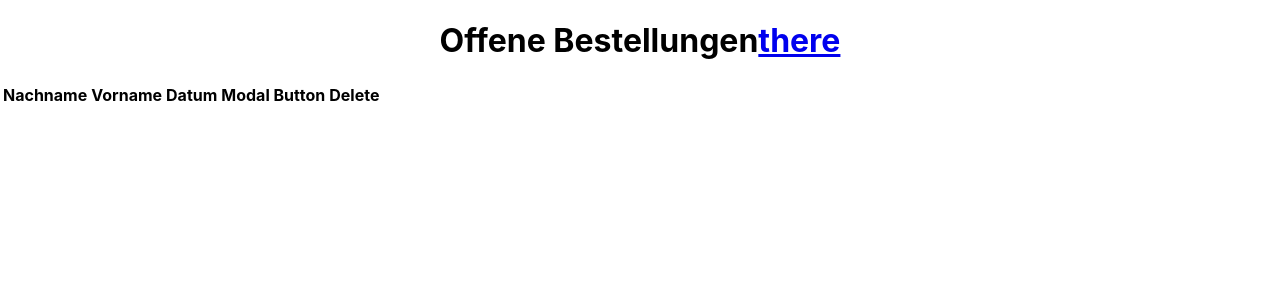
Repository: Esatollah/MedDemo
Page: /bestellungen (app in client/)
The author's editor kept a copy of each file at every save. The page is drawn from the files as they stood at one save, then again after the next save.
The browser window is 1280 px wide. The pictures show the whole page.
The page's requests for data from a server got no answer. The project was rebuilt for these pictures with package versions that can differ from the ones it lists, and the page was loaded fresh each time. No one was signed in, and anything a server would have sent is missing. Also part of the build but not shown: client/src/App.css, client/src/components/Form.jsx, client/src/Routes/Search.jsx.

Above is the page before, as saved 2022-06-07 15:43:25.

### client/src/App.js
import './App.css';
import SearchBar from './Routes/Search';
import {BrowserRouter, Routes, Route} from 'react-router-dom'
import Bestellungen from './Routes/Bestellungen';


function App() {
  return (
    <BrowserRouter>
    <Routes>
      <Route path='/' element={<div><SearchBar/></div>}/>
      <Route path='/bestellungen' element={<div><Bestellungen/></div>}/>
    </Routes>
    </BrowserRouter>
  );
}

export default App;

### client/src/Routes/Bestellungen.jsx
import React, { useState, useEffect } from 'react'
import DrugAPI from '../api/DrugAPI';
import Modal from 'react-modal';

const Bestellungen = () => {

  const [orders, setOrders] = useState([]);
  const [modalid, setModalid] = useState(0);
  const [modalbool, setModalbool] = useState(false);
  const [orderlist, setOrderlist] = useState([]);

  const getOrders = async () => {
    try {
      const result = await DrugAPI.get("/orders/");
      setOrders(result.data.orders);
      const arrayUniqueByKey = [...new Map(result.data.orders.map(item =>
        [item["oid"], item])).values()];
      setOrderlist(arrayUniqueByKey);
    } catch (error) {
      console.error(error)
    }
  }


  const handleDelete = async (oid) => {
    try {
      console.log(orderlist)
      console.log(oid)
      setOrderlist(orderlist.filter(order => order.oid !== oid));
      await DrugAPI.delete(`/orders/${oid}`);
    } catch (error) {
      console.error(error)
    }
  }
  useEffect(() => {
    getOrders()
  }, [])

  return (
    <div>
      <h1>Offene Bestellungen <a href='/'>there</a></h1>
      <table>
        <thead>
          <tr>
            <th scope='col'>Nachname</th>
            <th scope='col'>Vorname</th>
            <th scope='col'>Datum</th>
            <th scope='col'>Modal Button</th>
            <th scope='col'>Delete</th>

          </tr>
        </thead>
        <tbody>
          {orderlist.map((x) => {
            return (
              <tr key={x.oid} className="drug-row" >
                <td className={x.name}>{x.nachname}</td>
                <td>{x.vorname}</td>
                <td>{x.odate.slice(0, 10)}</td>
                <td>{x.oid}</td>
                <td>{x.oid}</td>
                <td><button onClick={() => handleDelete(x.oid)}>Done</button></td>
              </tr>
            )
          })}
        </tbody>

      </table>
    </div>
  )
}

export default Bestellungen

### client/src/api/DrugAPI.js
import axios from 'axios'

export default axios.create({
    baseURL: "http://localhost:5000/api"
})

### client/src/Routes/Search.css
#okhre {
    width:80%;
    height: 2rem;
    outline:none;
    border-top: hidden;
    border-right: hidden;
    border-left: hidden;
    font-size: 2rem;
}

.table-box {
    max-height: 200px;
    max-width: 80%;
    min-width:80%;
    overflow-y: auto;
}

h1 {
    display:flex;
    justify-content: center;
}

.order-box {
    display: flex;
    justify-content: center;
}

.search-box {
    max-width:50%;
}

.drug-row:hover {
    background-color: beige;
}

Loaded but not shown: client/public/index.html (common file); client/src/index.js (common file); client/src/index.css (common file)

After the next save:
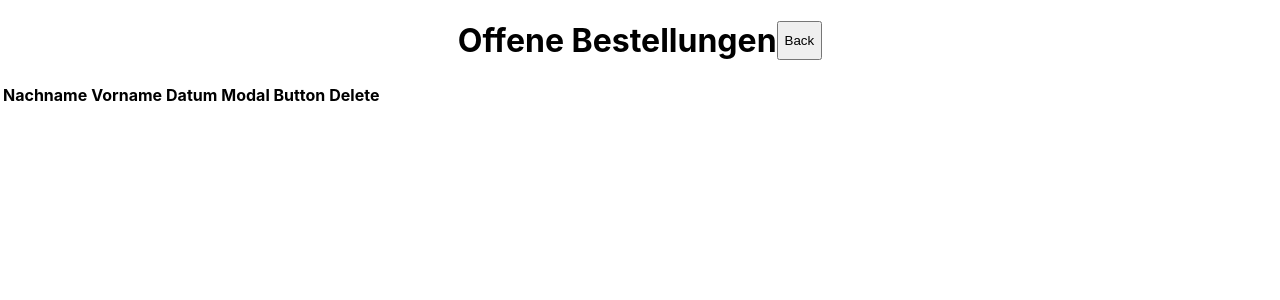
Saved 5 min 4 s later.
--- a/client/src/Routes/Bestellungen.jsx
+++ b/client/src/Routes/Bestellungen.jsx
@@ -1,8 +1,10 @@
 import React, { useState, useEffect } from 'react'
 import DrugAPI from '../api/DrugAPI';
 import Modal from 'react-modal';
+import {useNavigate} from 'react-router-dom'
 
 const Bestellungen = () => {
+  let navigate = useNavigate();
 
   const [orders, setOrders] = useState([]);
   const [modalid, setModalid] = useState(0);
@@ -38,7 +40,7 @@ const Bestellungen = () => {
 
   return (
     <div>
-      <h1>Offene Bestellungen <a href='/'>there</a></h1>
+      <h1>Offene Bestellungen <button onClick={() => navigate("/")}> Back</button></h1>
       <table>
         <thead>
           <tr>
